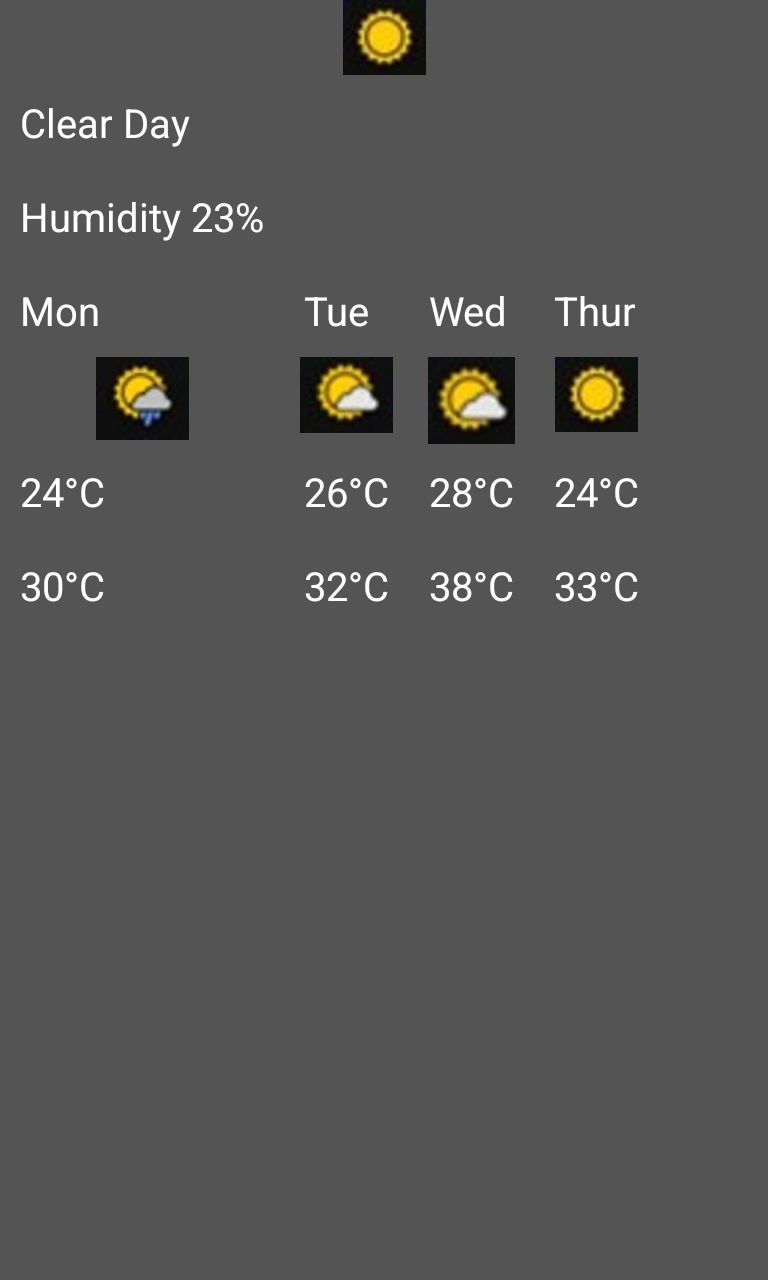
Repository: 12030121002/androideventhandling
Layout: Demo/res/layout/weather.xml
These files come from the project's save history. The layout is drawn as it stood at one moment and after the next save; the edit follows.
It is drawn on a 768 x 1280 px phone screen (xhdpi) without system bars, with theme AppTheme; the app's code is not run.

Above is the layout before, as saved 2014-12-08 05:03:40.

### Demo/res/layout/weather.xml
<?xml version="1.0" encoding="utf-8"?>
<TableLayout xmlns:android="http://schemas.android.com/apk/res/android"
    android:layout_width="match_parent"
    android:layout_height="match_parent"
    android:background="@color/grey">
    <ImageView
        android:id="@+id/imageView1"
        android:layout_width="wrap_content"
        android:layout_height="wrap_content"
        android:src="@drawable/wednesday" />

  <TableRow android:layout_width="wrap_content"
	    android:layout_height="wrap_content">
    <TextView
        android:id="@+id/editText1"
        android:layout_width="wrap_content"
        android:layout_height="wrap_content"
        android:text="@string/clear"
        android:textColor="@color/white"
        android:padding="10dp"
        android:textSize="20sp"
        />
    </TableRow>
 <TableRow android:layout_width="wrap_content"
	    android:layout_height="wrap_content">
       <TextView
        android:id="@+id/editText2"
        android:layout_width="wrap_content"
        android:layout_height="wrap_content"
        android:text="@string/temp"
        android:textColor="@color/white"
        android:padding="10dp"
        android:textSize="20sp"
     />

       </TableRow>
   <TableRow android:layout_width="wrap_content"
	    android:layout_height="wrap_content">

    <TextView

        android:layout_width="wrap_content"
        android:layout_height="wrap_content"
        android:text="@string/t1"
        android:textColor="@color/white"
        android:padding="10dp"
        android:textSize="20sp"
        />

    <TextView
        android:layout_width="wrap_content"
        android:layout_height="wrap_content"
        android:text="@string/t2"
        android:textColor="@color/white"
        android:padding="10dp"
        android:textSize="20sp"
       />
   <TextView
        android:layout_width="wrap_content"
        android:layout_height="wrap_content"
        android:text="@string/t3"
        android:textColor="@color/white"
        android:padding="10dp"
        android:textSize="20sp"
       />
   <TextView
        android:layout_width="wrap_content"
        android:layout_height="wrap_content"
        android:text="@string/t4"
        android:textColor="@color/white"
        android:padding="10dp"
        android:textSize="20sp"
       />
</TableRow>

 <TableRow android:layout_width="wrap_content"
	    android:layout_height="wrap_content">


    <ImageView
        android:id="@+id/imageView3"
        android:layout_width="wrap_content"
        android:layout_height="wrap_content"
        android:src="@drawable/tuesday" />

    <ImageView
        android:id="@+id/imageView2"
        android:layout_width="wrap_content"
        android:layout_height="wrap_content"
        android:src="@drawable/monday" />

    <ImageView
        android:id="@+id/imageView5"
        android:layout_width="wrap_content"
        android:layout_height="wrap_content"
        android:src="@drawable/thursday" />

    <ImageView
        android:id="@+id/imageView4"
        android:layout_width="wrap_content"
        android:layout_height="wrap_content"
        android:src="@drawable/wednesday" />

   </TableRow>

<TableRow android:layout_width="wrap_content"
	    android:layout_height="wrap_content">
   <TextView

        android:layout_width="wrap_content"
        android:layout_height="wrap_content"
         android:text="@string/one"
        android:textColor="@color/white"
        android:padding="10dp"
        android:textSize="20sp"
         />


    <TextView

        android:layout_width="wrap_content"
        android:layout_height="wrap_content"
         android:text="@string/two"
        android:textColor="@color/white"
         android:padding="10dp"
        android:textSize="20sp"
        />


    <TextView

        android:layout_width="wrap_content"
        android:layout_height="wrap_content"
         android:text="@string/three"
        android:textColor="@color/white"
         android:padding="10dp"
        android:textSize="20sp"
         />

    <TextView

        android:layout_width="wrap_content"
        android:layout_height="wrap_content"
         android:text="@string/four"
        android:textColor="@color/white"
         android:padding="10dp"
        android:textSize="20sp"
         />
    </TableRow>
    <TableRow android:layout_width="wrap_content"
	    android:layout_height="wrap_content">
   <TextView

        android:layout_width="wrap_content"
        android:layout_height="wrap_content"
         android:text="@string/five"
        android:textColor="@color/white"
        android:padding="10dp"
        android:textSize="20sp"
         />


    <TextView

        android:layout_width="wrap_content"
        android:layout_height="wrap_content"
         android:text="@string/six"
        android:textColor="@color/white"
         android:padding="10dp"
        android:textSize="20sp"
        />


    <TextView

        android:layout_width="wrap_content"
        android:layout_height="wrap_content"
         android:text="@string/seven"
        android:textColor="@color/white"
         android:padding="10dp"
        android:textSize="20sp"
         />

    <TextView

        android:layout_width="wrap_content"
        android:layout_height="wrap_content"
         android:text="@string/eight"
        android:textColor="@color/white"
         android:padding="10dp"
        android:textSize="20sp"
         />
    </TableRow>


</TableLayout>

### Demo/res/values/strings.xml
<?xml version="1.0" encoding="utf-8"?>
<resources>

    <string name="app_name">Demo</string>
    <string name="action_settings">Settings</string>
    <string name="hello_world">Hello world!</string>
	<string name="title"> WELCOME!! \m/ </string>
	<string name="Welcome">Welcome</string>
	<color name="red">#ff0000</color>
	<string name="click_here">Click here</string>
	<string name="bca">BCA</string>
	<color name="grey">#545454</color>
	<string name="one">24°C</string>
	<color name="white">#ffffff</color>
	<string name="two">26°C</string>
	<string name="three">28°C</string>
	<string name="four">24°C</string>
		<string name="five">30°C</string>
	<string name="six">32°C</string>
	<string name="seven">38°C</string>
	<string name="eight">33°C</string>
	<string name="t1">Mon</string>
	<string name="t2">Tue</string>
	<string name="t3">Wed</string>
	<string name="t4" >Thur</string>
	<string name="clear">Clear Day</string>
	<string name="temp">Humidity 23%</string>
	<string name="deg">32°C</string>
</resources>

Loaded but not shown: Demo/res/values/styles.xml (common file); Demo/res/values-v11/styles.xml (common file); Demo/res/values-v14/styles.xml (common file)

After the next save:
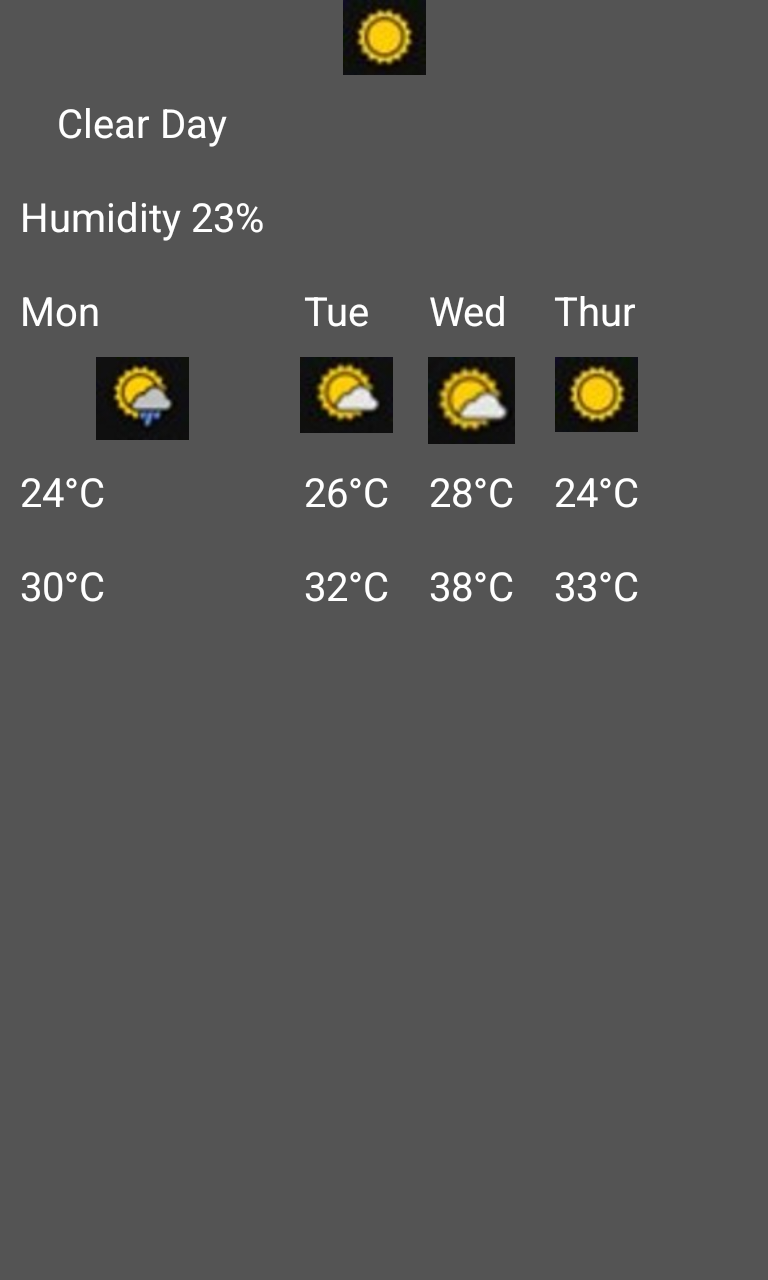
Saved 36 s later.
--- a/Demo/res/layout/weather.xml
+++ b/Demo/res/layout/weather.xml
@@ -19,6 +19,7 @@
         android:textColor="@color/white"
         android:padding="10dp"
         android:textSize="20sp"
+        android:layout_gravity="center"
         />
     </TableRow>
  <TableRow android:layout_width="wrap_content"
@@ -31,6 +32,7 @@
         android:textColor="@color/white"
         android:padding="10dp"
         android:textSize="20sp"
+        android:layout_gravity="center"
      />
 
        </TableRow>
